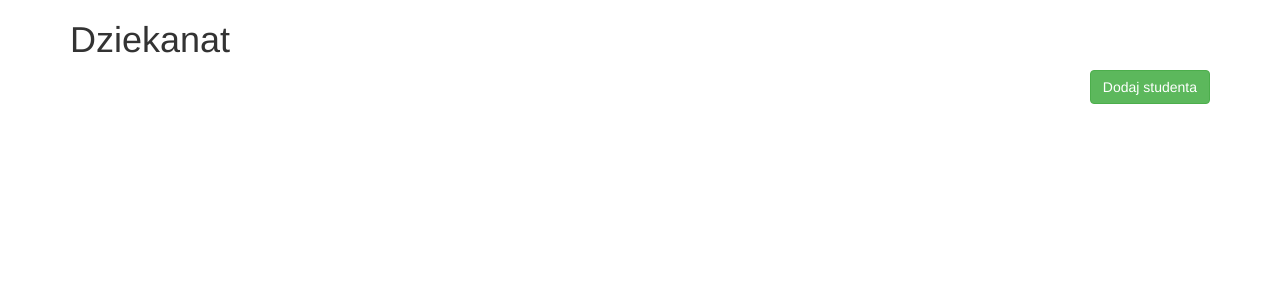
Repository: wojciechDrozd/php
Page: http://localhost/studentsTable.php
The author's editor kept a copy of each file at every save. The page is drawn from the files as they stood at one save, then again after the next save.
The browser window is 1280 px wide. The pictures show the whole page.
Some web libraries are served in a nearby version. The page is run by PHP 8.4 with error messages shown; the project is at /var/www/html/. Queries for data that is not in the repository find no rows.

Above is the page before, as saved 2017-04-10 21:33:22.
Console error: SyntaxError: Unexpected token ';'

After the next save:
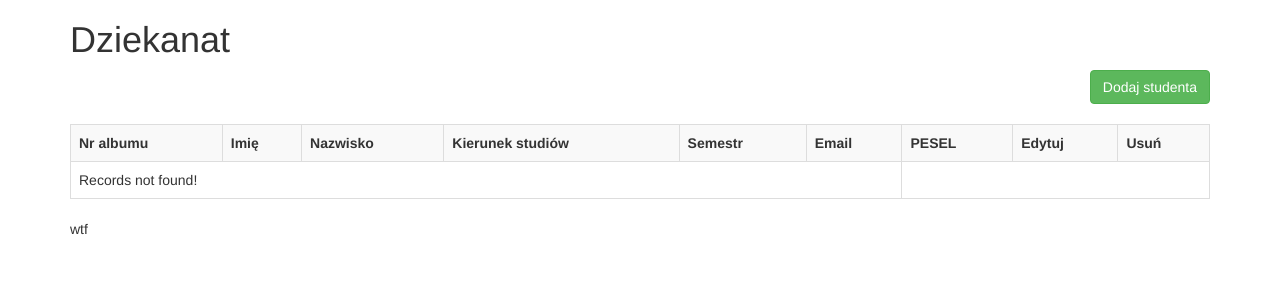
The error is gone.
Saved 4 min 6 s later.
--- a/1/CRUDexample/js/script.js
+++ b/1/CRUDexample/js/script.js
@@ -98,7 +98,7 @@ function UpdateUserDetails() {
     // Update the details by requesting to the server using ajax
     $.post("ajax/updateUserDetails.php", {
 
-    		id:id;
+    		id:id,
     		student_id: student_id,
             first_name: first_name,
             last_name: last_name,
